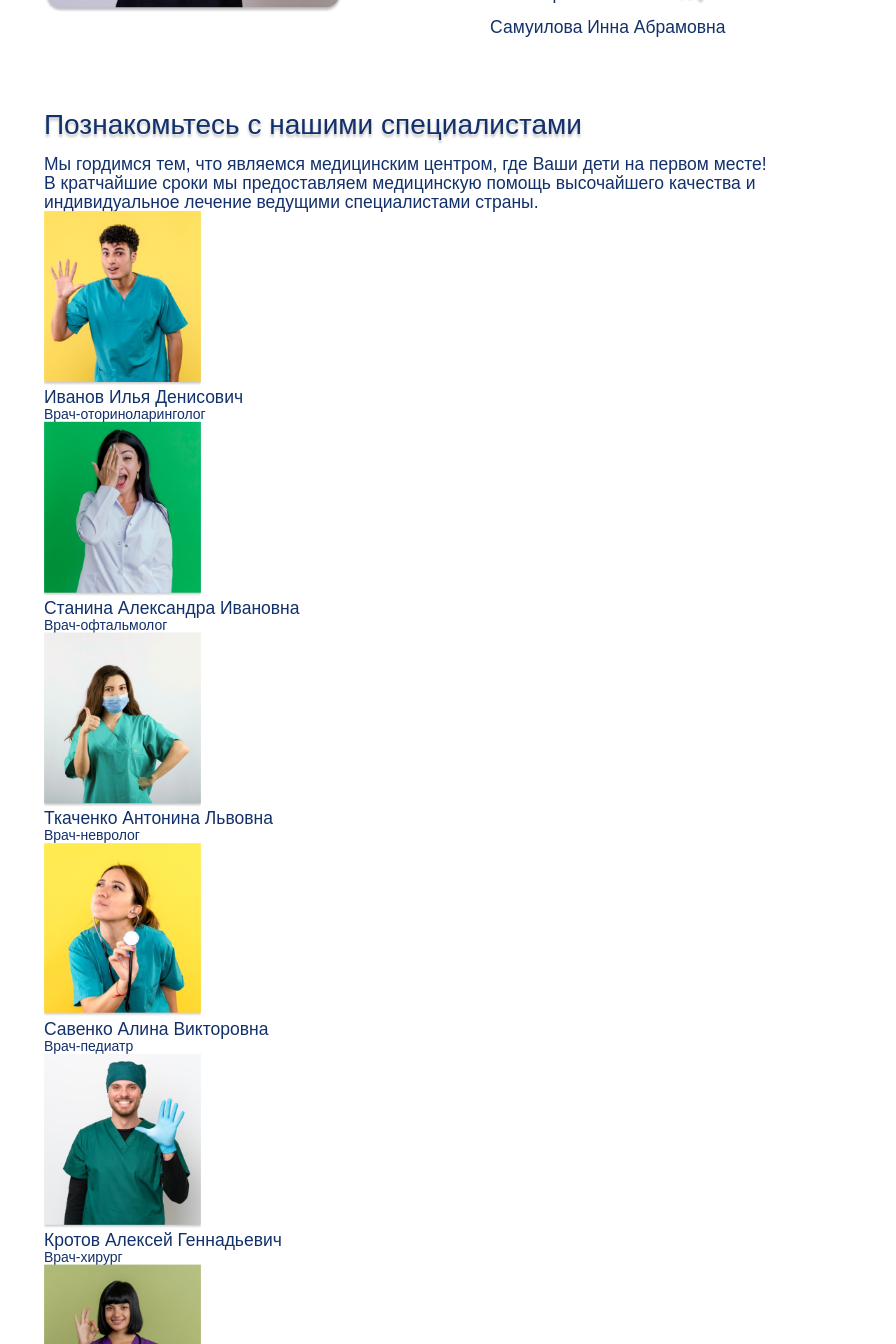
Repository: Normandy72/Landing-Page-Happy-Child
Page: index.html
The author's editor kept a copy of each file at every save. The page is drawn from the files as they stood at one save, then again after the next save.
The browser window is 1280 px wide. The pictures show the part of the page from y = 3361 to 5281 px (the page is 8578 px tall before and 8848 px after), at 70% of full size.
Some web fonts or font styles are not loaded; a fallback is used.

Above is the page before, as saved 2022-11-12 18:32:00.

After the next save:
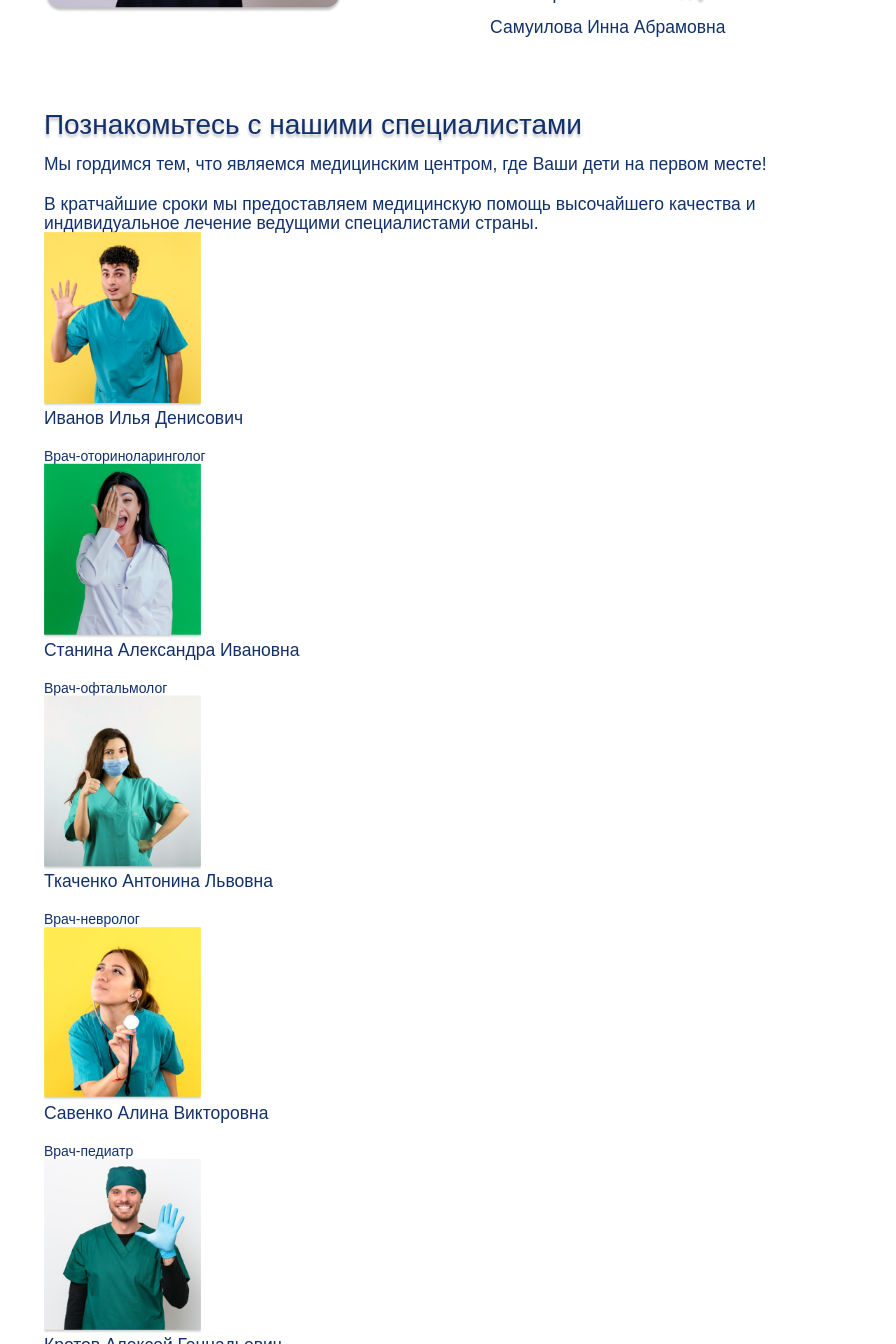
Saved 47 s later.
--- a/styles/section_doctors.css
+++ b/styles/section_doctors.css
@@ -1,3 +1,7 @@
 .section__doctors h2{
     padding-bottom: 22px;
 }
+
+.section__doctors h5:nth-child(2){
+    padding-bottom: 30px;
+}
